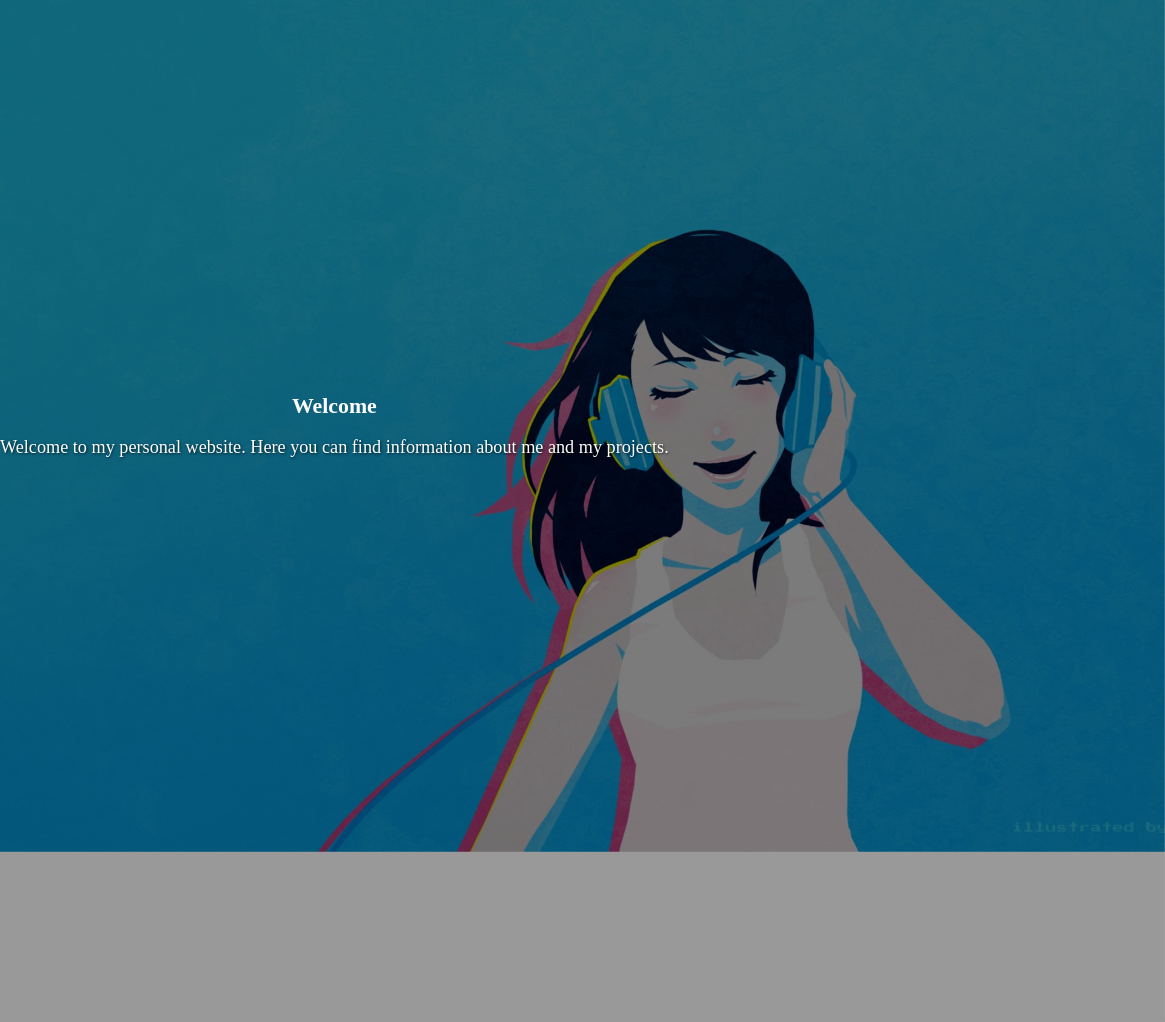
Repository: cydxf/cydxf.github.io
Page: index.html
An editor plug-in stored every save of this project. The page is shown before and after the next save, followed by the edit.
The browser window is 1280 px wide. The pictures show the whole page, at 91% of full size.

Above is the page before, as saved 2024-08-02 01:50:38.

After the next save:
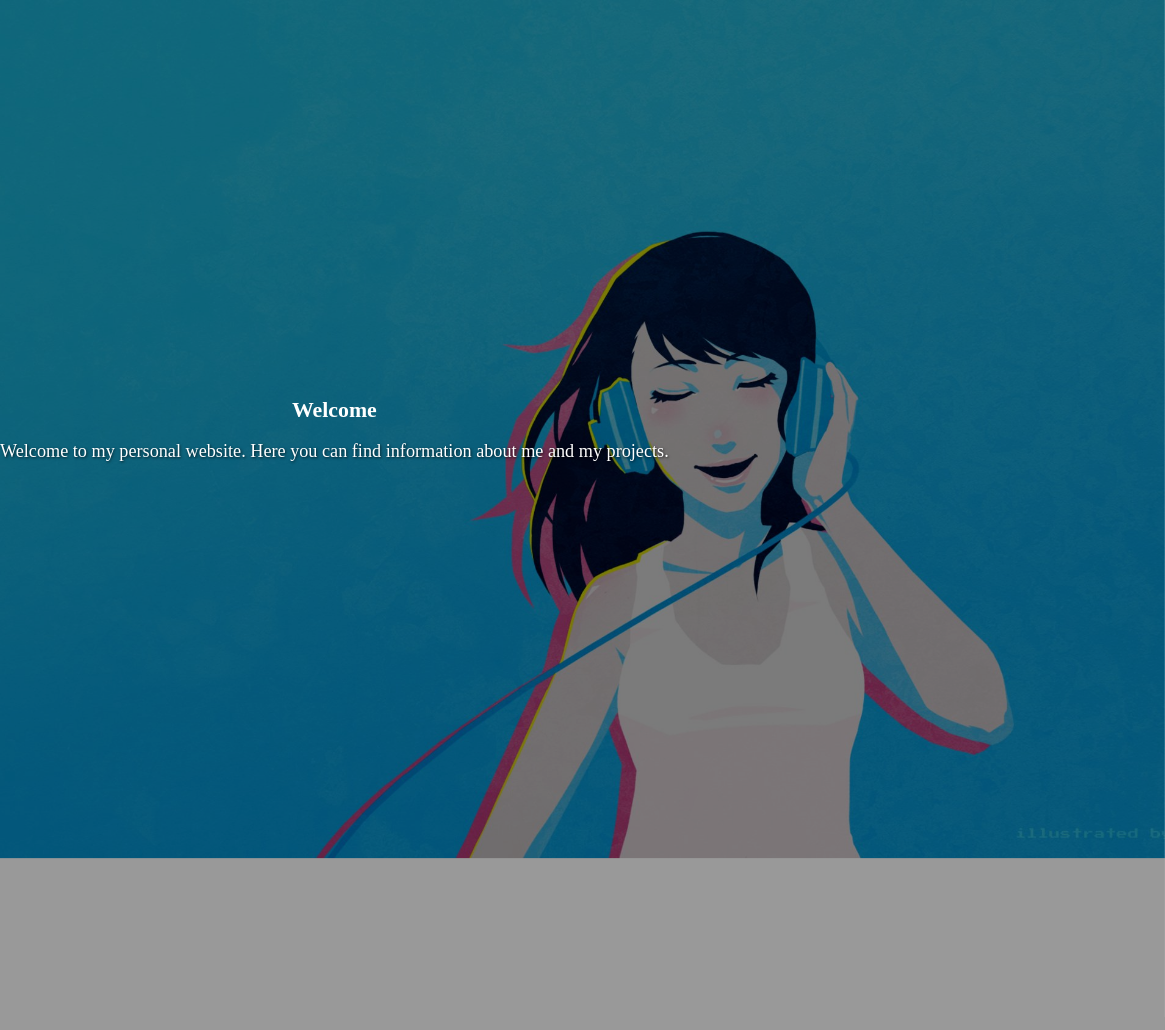
Saved 11 s later.
--- a/css/styles.css
+++ b/css/styles.css
@@ -8,7 +8,7 @@ body, html {
 .hero {
     position: absolute;
     width: 100%;
-    height: 130vh; /* Viewport height */
+    height: 131vh; /* Viewport height */
     left: 0;
     top: 0;
     background-image: url('../resource/image/shigiChannelArt_clean.jpg'); /* 首页大图  */
